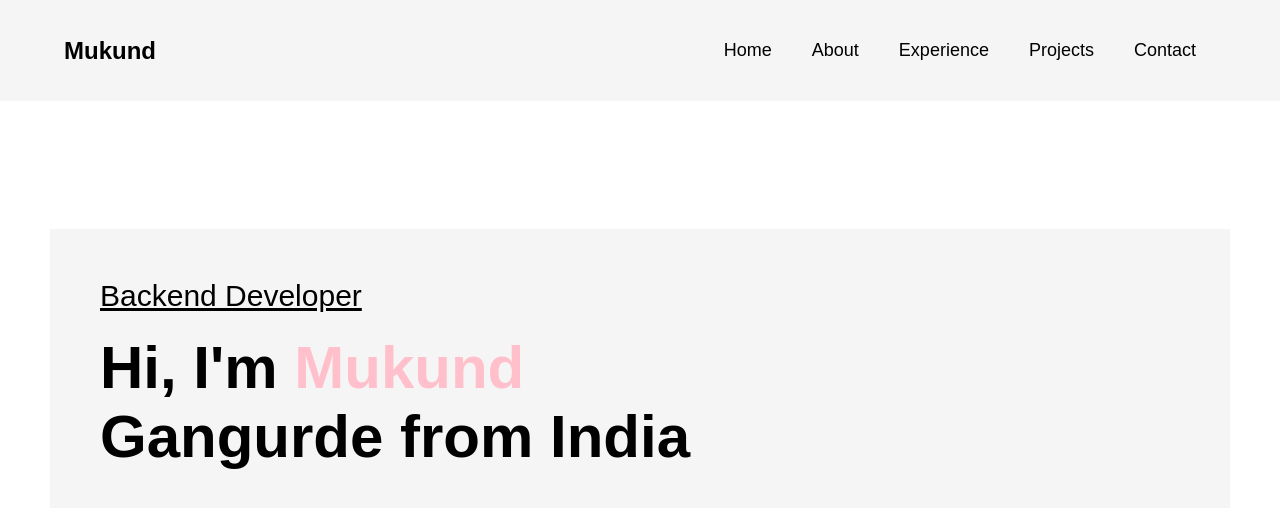
Repository: mukundgangurde/expense-tracker
Page: index.html
The author's editor kept a copy of each file at every save. The page is drawn from the files as they stood at one save, then again after the next save.
The browser window is 1280 px wide. The pictures show the whole page.

Above is the page before, as saved 2025-11-02 22:42:02.

After the next save:
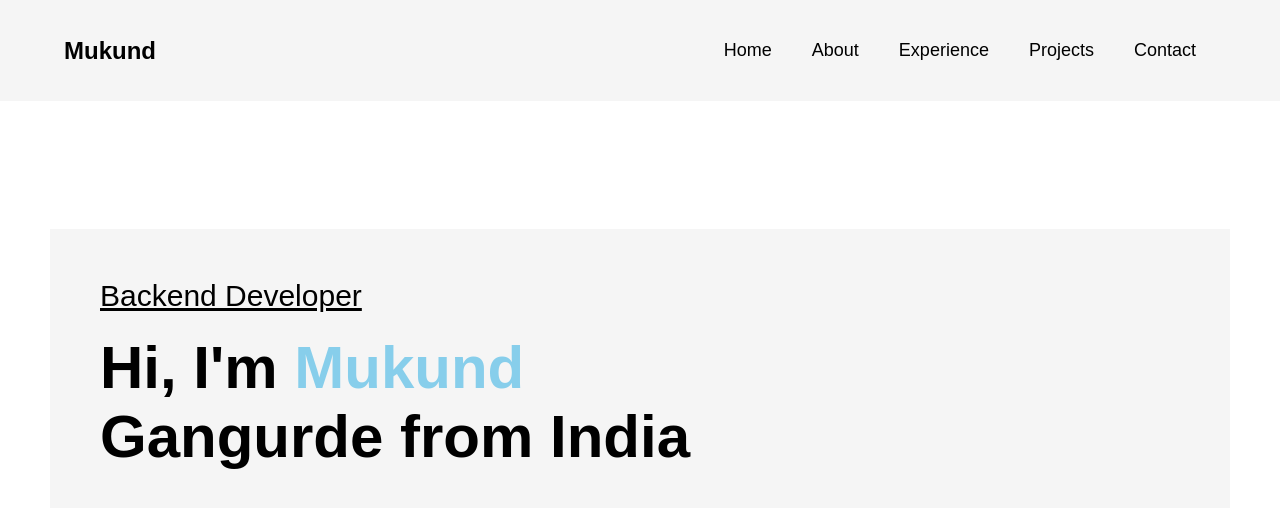
Saved 7 s later.
--- a/style.css
+++ b/style.css
@@ -67,5 +67,5 @@ nav ul li a {
 }
 
 .header-text h1 span {
-  color: pink;
+  color: skyblue;
 }
